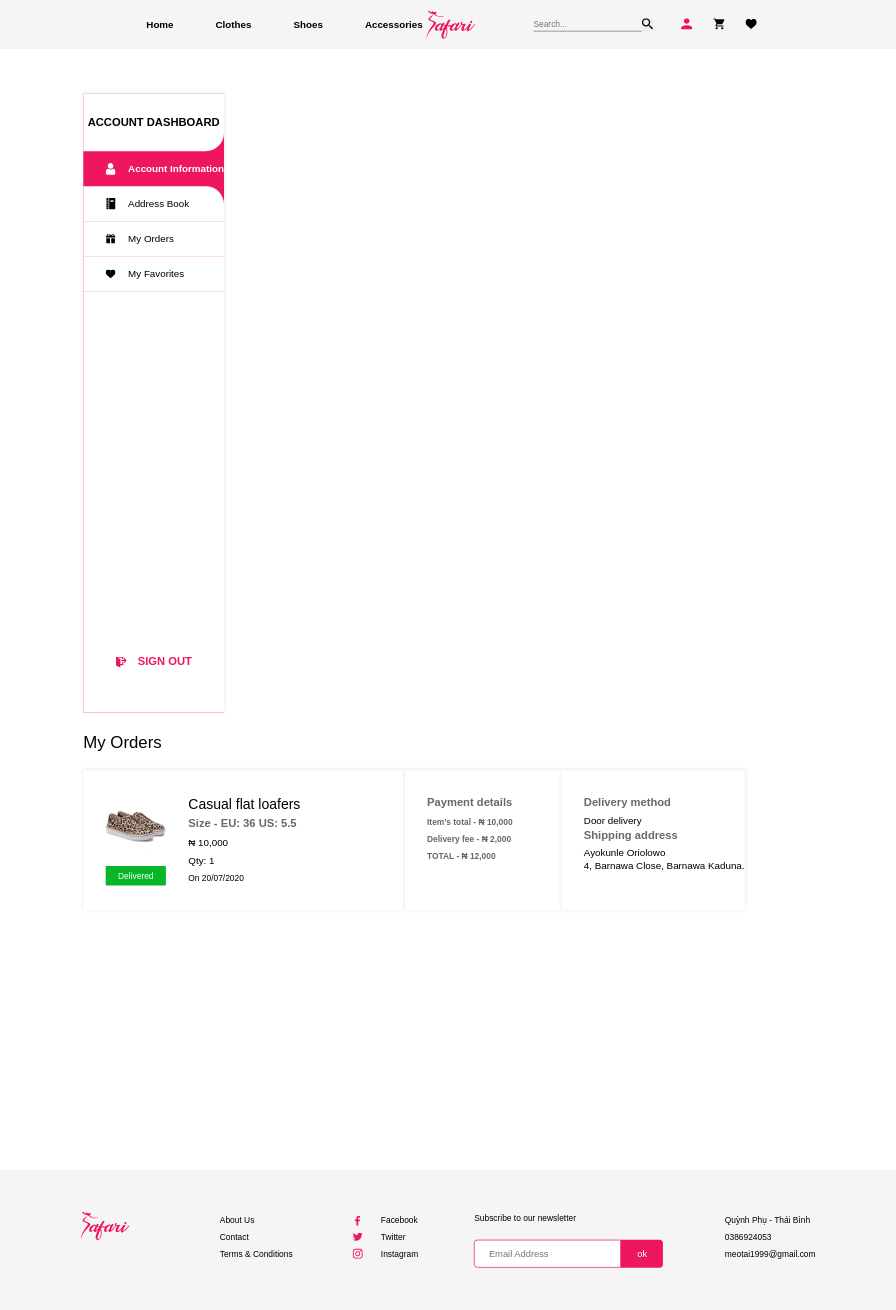
Repository: tboy1999/safari
Page: views/user.html
These files come from the project's save history. The page is drawn as it stood at one moment and after the next save; the edit follows.
The browser window is 1280 px wide. The pictures show the whole page, at 70% of full size.
Some web libraries are served in a nearby version. The style sheet was rebuilt from its Sass, Less or Tailwind sources for each picture, by a compiler version that may differ from the author's.

Above is the page before, as saved 2022-04-28 17:28:56.

### views/user.html
<!DOCTYPE html>
<html lang="en">
<head>
  <meta charset="UTF-8">
  <meta http-equiv="X-UA-Compatible" content="IE=edge">
  <meta name="viewport" content="width=device-width, initial-scale=1.0">
  <title>user</title>
  <link rel="shortcut icon" href="./image/logo/Logo.svg" type="image/x-icon">
  <link rel="preconnect" href="https://fonts.googleapis.com">
  <link rel="preconnect" href="https://fonts.gstatic.com" crossorigin>
  <link rel="stylesheet" href="https://cdnjs.cloudflare.com/ajax/libs/font-awesome/6.1.1/css/all.min.css" integrity="sha512-KfkfwYDsLkIlwQp6LFnl8zNdLGxu9YAA1QvwINks4PhcElQSvqcyVLLD9aMhXd13uQjoXtEKNosOWaZqXgel0g==" crossorigin="anonymous" referrerpolicy="no-referrer" />
  <link rel="stylesheet" href="../css/grid.css">
  <link rel="stylesheet" href="../css/user.css">
</head>
<body>
  <header id="header" class="header">
    <div class="container">
      <div class="header__container facenter">
        <ul class="header__list facenter fz14-fw600">
          <li class="header__item"><a href="../index.html" class="header__link">Home</a></li>
          <li class="header__item"><a href="./clothes.html" class="header__link">Clothes</a></li>
          <li class="header__item"><a href="./shoes.html" class="header__link">Shoes</a></li>
          <li class="header__item"><a href="./accessories.html" class="header__link">Accessories</a></li>
        </ul>
        <form class="header__search facenter">
          <input type="text" placeholder="Search..." class="fz12">
          <button type="submit"><img src="../image/header/search.svg" alt=""></button>
        </form>
        <div class="header__feature facenter">
          <a href="#" class="header__feature--active">
            <svg width="16" height="16" viewBox="0 0 16 16" fill="inherit" xmlns="http://www.w3.org/2000/svg">
            <path d="M8 0C9.06087 0 10.0783 0.421427 10.8284 1.17157C11.5786 1.92172 12 2.93913 12 4C12 5.06087 11.5786 6.07828 10.8284 6.82843C10.0783 7.57857 9.06087 8 8 8C6.93913 8 5.92172 7.57857 5.17157 6.82843C4.42143 6.07828 4 5.06087 4 4C4 2.93913 4.42143 1.92172 5.17157 1.17157C5.92172 0.421427 6.93913 0 8 0ZM8 10C12.42 10 16 11.79 16 14V16H0V14C0 11.79 3.58 10 8 10Z"/>
            </svg>
          </a>
          <a href="./cart.html">
            <svg width="16" height="16" viewBox="0 0 16 16" fill="inherit" xmlns="http://www.w3.org/2000/svg">
              <path d="M12.8 12.8C11.912 12.8 11.2 13.512 11.2 14.4C11.2 14.8243 11.3686 15.2313 11.6686 15.5314C11.9687 15.8314 12.3757 16 12.8 16C13.2243 16 13.6313 15.8314 13.9314 15.5314C14.2314 15.2313 14.4 14.8243 14.4 14.4C14.4 13.9757 14.2314 13.5687 13.9314 13.2686C13.6313 12.9686 13.2243 12.8 12.8 12.8ZM0 0V1.6H1.6L4.48 7.672L3.392 9.632C3.272 9.856 3.2 10.12 3.2 10.4C3.2 10.8243 3.36857 11.2313 3.66863 11.5314C3.96869 11.8314 4.37565 12 4.8 12H14.4V10.4H5.136C5.08296 10.4 5.03209 10.3789 4.99458 10.3414C4.95707 10.3039 4.936 10.253 4.936 10.2C4.936 10.16 4.944 10.128 4.96 10.104L5.68 8.8H11.64C12.24 8.8 12.768 8.464 13.04 7.976L15.904 2.8C15.96 2.672 16 2.536 16 2.4C16 2.18783 15.9157 1.98434 15.7657 1.83431C15.6157 1.68429 15.4122 1.6 15.2 1.6H3.368L2.616 0H0ZM4.8 12.8C3.912 12.8 3.2 13.512 3.2 14.4C3.2 14.8243 3.36857 15.2313 3.66863 15.5314C3.96869 15.8314 4.37565 16 4.8 16C5.22435 16 5.63131 15.8314 5.93137 15.5314C6.23143 15.2313 6.4 14.8243 6.4 14.4C6.4 13.9757 6.23143 13.5687 5.93137 13.2686C5.63131 12.9686 5.22435 12.8 4.8 12.8Z"/>
            </svg>
          </a>
          <a href="#">
            <svg width="16" height="15" viewBox="0 0 16 15" fill="inherit"
            xmlns="http://www.w3.org/2000/svg">
              <path d="M14.7307 1.39307C13.9025 0.494751 12.766 0 11.5304 0C10.6068 0 9.76099 0.291992 9.01636 0.867798C8.64062 1.15845 8.30017 1.51404 8 1.92908C7.69995 1.51416 7.35938 1.15845 6.98352 0.867798C6.23901 0.291992 5.39319 0 4.4696 0C3.23401 0 2.09741 0.494751 1.26917 1.39307C0.450806 2.28088 0 3.49377 0 4.80847C0 6.16162 0.504272 7.40027 1.58691 8.70667C2.55542 9.87524 3.94739 11.0615 5.55933 12.4352C6.10974 12.9043 6.73364 13.436 7.38147 14.0024C7.55261 14.1523 7.77222 14.2349 8 14.2349C8.22766 14.2349 8.44739 14.1523 8.61829 14.0027C9.26611 13.4362 9.89038 12.9042 10.441 12.4348C12.0527 11.0614 13.4447 9.87524 14.4132 8.70654C15.4958 7.40027 16 6.16162 16 4.80835C16 3.49377 15.5492 2.28088 14.7307 1.39307Z"/>
            </svg>
          </a>
        </div>
        <div class="header__logo">
          <a href="../index.html"><img src="../image/logo/Logo.svg" alt=""></a>
        </div>
      </div>
    </div>
  </header>

  <main id="user" class="user">
    <div class="container">
      <div class="user__container">
        <div class="row">
          <div class="col xxl-3">
            <div class="user__list flex-column">
              <div class="user__item fz16-fw800 user__item--prev">ACCOUNT DASHBOARD</div>
              <div class="user__item user__tag facenter gap18 fz14 user__item--active">
                <svg width="14" height="17" viewBox="0 0 14 17" fill="inherit" xmlns="http://www.w3.org/2000/svg">
                  <path d="M6.89428 8.08322C8.00476 8.08322 8.96635 7.68493 9.75204 6.89912C10.5377 6.11343 10.936 5.15209 10.936 4.04148C10.936 2.93125 10.5377 1.96979 9.75191 1.18384C8.9661 0.398284 8.00463 0 6.89428 0C5.78366 0 4.82233 0.398284 4.03664 1.18397C3.25095 1.96966 2.85254 2.93112 2.85254 4.04148C2.85254 5.15209 3.25095 6.11356 4.03677 6.89924C4.82258 7.6848 5.78405 8.08322 6.89428 8.08322Z"/>
                  <path d="M13.9661 12.9033C13.9434 12.5764 13.8976 12.2197 13.8301 11.843C13.762 11.4636 13.6743 11.1049 13.5693 10.777C13.4609 10.4381 13.3134 10.1034 13.1311 9.78274C12.9419 9.44988 12.7196 9.16003 12.4702 8.92152C12.2094 8.672 11.8902 8.47139 11.5209 8.32506C11.153 8.17949 10.7452 8.10575 10.3091 8.10575C10.1378 8.10575 9.97209 8.17603 9.65216 8.38433C9.45526 8.51274 9.22494 8.66125 8.96787 8.8255C8.74805 8.96556 8.45026 9.09679 8.08245 9.21559C7.72359 9.33171 7.35924 9.3906 6.99962 9.3906C6.63999 9.3906 6.27576 9.33171 5.91653 9.21559C5.5491 9.09692 5.25131 8.96569 5.03175 8.82563C4.77711 8.66291 4.54666 8.5144 4.34682 8.3842C4.02727 8.17591 3.86148 8.10562 3.69018 8.10562C3.25387 8.10562 2.84624 8.17949 2.47843 8.32518C2.10946 8.47126 1.79004 8.67187 1.529 8.92165C1.27973 9.16029 1.05736 9.45001 0.868391 9.78274C0.686212 10.1034 0.538727 10.438 0.430163 10.7771C0.32531 11.105 0.237614 11.4636 0.169505 11.843C0.102036 12.2192 0.0562028 12.576 0.0335425 12.9037C0.0112662 13.2248 0 13.5581 0 13.8946C0 14.7706 0.278453 15.4797 0.827551 16.0027C1.36986 16.5188 2.08744 16.7806 2.96006 16.7806H11.0399C11.9126 16.7806 12.6299 16.5189 13.1723 16.0027C13.7215 15.4801 14 14.7708 14 13.8945C13.9999 13.5564 13.9885 13.2229 13.9661 12.9033Z"/>
                  </svg>

                Account Information
              </div>
              <div class="user__item user__tag facenter gap18 fz14 user__item--next">
                <svg width="14" height="17" viewBox="0 0 14 17" fill="inherit" xmlns="http://www.w3.org/2000/svg">
                  <path d="M1.00448 5.0538H0.470852C0.210816 5.0538 0 5.26462 0 5.52465C0 5.78469 0.210816 5.99551 0.470852 5.99551H1.00448V5.0538Z"/>
                  <path d="M1.00448 12.5874H0.470852C0.210816 12.5874 0 12.7982 0 13.0583C0 13.3183 0.210816 13.5291 0.470852 13.5291H1.00448V12.5874Z"/>
                  <path d="M1.00448 10.0762H0.470852C0.210816 10.0762 0 10.287 0 10.5471C0 10.8071 0.210816 11.0179 0.470852 11.0179H1.00448V10.0762Z"/>
                  <path d="M1.00448 7.56503H0.470852C0.210816 7.56503 0 7.77585 0 8.03588C0 8.29592 0.210816 8.50674 0.470852 8.50674H1.00448V7.56503Z"/>
                  <path d="M1.00448 2.5426H0.470852C0.210816 2.5426 0 2.75342 0 3.01345C0 3.27349 0.210816 3.48431 0.470852 3.48431H1.00448V2.5426Z"/>
                  <path d="M4.01834 0H2.41744C1.63856 0 1.00488 0.633673 1.00488 1.41256V2.5426H2.48022C2.74025 2.5426 2.95107 2.75342 2.95107 3.01345C2.95107 3.27349 2.74025 3.4843 2.48022 3.4843C2.05168 3.4843 1.466 3.4843 1.00488 3.4843V5.05381H2.48022C2.74025 5.05381 2.95107 5.26463 2.95107 5.52466C2.95107 5.7847 2.74025 5.99552 2.48022 5.99552C1.71562 5.99552 2.16255 5.99552 1.00488 5.99552V7.56502H2.48022C2.74025 7.56502 2.95107 7.77584 2.95107 8.03587C2.95107 8.29591 2.74025 8.50673 2.48022 8.50673C2.05168 8.50673 1.466 8.50673 1.00488 8.50673V10.0762H2.48022C2.74025 10.0762 2.95107 10.287 2.95107 10.5471C2.95107 10.8071 2.74025 11.0179 2.48022 11.0179C1.71562 11.0179 2.16255 11.0179 1.00488 11.0179V12.5874H2.48022C2.74025 12.5874 2.95107 12.7983 2.95107 13.0583C2.95107 13.3183 2.74025 13.5291 2.48022 13.5291C2.05168 13.5291 1.466 13.5291 1.00488 13.5291V14.6592C1.00488 15.4381 1.63856 16.0717 2.41744 16.0717H4.01834V0Z"/>
                  <path d="M7.94141 3.48431H10.0759V4.55158H7.94141V3.48431Z"/>
                  <path d="M12.5878 0H4.95996V16.0717H12.5878C13.3666 16.0717 14.0003 15.4381 14.0003 14.6592V1.41256C14.0003 0.633673 13.3666 0 12.5878 0ZM11.0183 5.02242C11.0183 5.28246 10.8074 5.49327 10.5474 5.49327H7.47117C7.21114 5.49327 7.00032 5.28246 7.00032 5.02242V3.01345C7.00032 2.75342 7.21114 2.5426 7.47117 2.5426H10.5474C10.8074 2.5426 11.0183 2.75342 11.0183 3.01345V5.02242Z"/>
                  </svg>

                Address Book
              </div>
              <div class="user__item user__tag facenter gap18 fz14">
                <svg width="14" height="14" viewBox="0 0 14 14" fill="inherit" xmlns="http://www.w3.org/2000/svg">
                  <path d="M13.0869 2.71463H12.0679C12.2023 2.5019 12.291 2.2631 12.3163 2.01056C12.3971 1.20345 11.972 0.479938 11.2484 0.159169C10.5832 -0.135678 9.83572 -0.0151468 9.29746 0.473048L8.01066 1.63926C7.76006 1.36516 7.39981 1.1929 6.99999 1.1929C6.59946 1.1929 6.23863 1.36571 5.98797 1.64065L4.69953 0.472911C4.1604 -0.0152835 3.4132 -0.13535 2.74834 0.159333C2.02488 0.48013 1.59974 1.20389 1.68079 2.01097C1.70614 2.26332 1.79479 2.502 1.92918 2.71463H0.913033C0.408761 2.71463 0 3.12342 0 3.62766V4.99723C0 5.24934 0.204394 5.45376 0.45653 5.45376H13.5435C13.7956 5.45376 14 5.24936 14 4.99723V3.62766C14 3.12342 13.5912 2.71463 13.0869 2.71463ZM5.63042 2.56246V2.71463H3.48277C2.91533 2.71463 2.46875 2.18564 2.61048 1.59485C2.6729 1.33467 2.8607 1.11289 3.10359 1.00062C3.43713 0.846453 3.8066 0.895945 4.08673 1.1495L5.63081 2.54901C5.63072 2.55352 5.63042 2.55795 5.63042 2.56246ZM11.4104 1.88934C11.3763 2.36384 10.9477 2.71468 10.472 2.71468H8.36955V2.56252C8.36955 2.55713 8.36922 2.5518 8.36917 2.54641C8.71895 2.22933 9.47776 1.54158 9.88931 1.16853C10.1232 0.956539 10.4505 0.857582 10.753 0.947816C11.1872 1.07732 11.4421 1.44651 11.4104 1.88934Z"/>
                  <path d="M0.913086 6.36679V13.0624C0.913086 13.5667 1.32185 13.9755 1.82612 13.9755H6.08698V6.36679H0.913086Z"/>
                  <path d="M7.91309 6.36679V13.9755H12.1739C12.6782 13.9755 13.087 13.5667 13.087 13.0624V6.36679H7.91309Z"/>
                  </svg>

                My Orders
              </div>
              <div class="user__item user__tag facenter gap18 fz14">
                <svg width="14" height="13" viewBox="0 0 14 13" fill="inherit" xmlns="http://www.w3.org/2000/svg">
                  <path d="M12.8894 1.21893C12.1647 0.432907 11.1702 0 10.0891 0C9.28096 0 8.54086 0.255493 7.88931 0.759323C7.56055 1.01364 7.26265 1.32478 7 1.68794C6.73746 1.32489 6.43945 1.01364 6.11058 0.759323C5.45914 0.255493 4.71904 0 3.9109 0C2.82976 0 1.83524 0.432907 1.11052 1.21893C0.394455 1.99577 0 3.05705 0 4.20741C0 5.39142 0.441238 6.47523 1.38855 7.61833C2.23599 8.64084 3.45396 9.67883 4.86441 10.8808C5.34602 11.2913 5.89194 11.7565 6.45879 12.2521C6.60854 12.3833 6.80069 12.4555 7 12.4555C7.1992 12.4555 7.39146 12.3833 7.541 12.2523C8.10785 11.7566 8.65408 11.2912 9.13591 10.8805C10.5461 9.67873 11.7641 8.64084 12.6116 7.61823C13.5589 6.47523 14 5.39142 14 4.20731C14 3.05705 13.6055 1.99577 12.8894 1.21893Z"/>
                  </svg>
                My Favorites
              </div>
              <div class="user__item fz16"><img src="../image/user/checkout.svg" alt="">SIGN OUT</div>
            </div>
          </div>
          <div class="col xxl-9">
            <div class="user__pain">
              <form action="">
                <h3 class="fz24">User Information</h3>
                <div class="form__account-infomation flex-column">
                  <label for="first-name">First name</label>
                  <input type="text" id="first-name">
                  <label for="last-name">Last name</label>
                  <input type="text" id="last-name">
                  <label for="email">Email</label>
                  <input type="text" id="email">
                  <label for="create-password">Gender</label>
                  <input type="text" id="create-password">
                  <label for="confirm-password">Date of birth</label>
                  <input type="text" id="confirm-password">
                  <a href="#" class="fz16">Change password</a>
                  <label class="facenter gap8">
                    <input type="checkbox" checked="checked">
                    Newsletter subsciption
                  </label>
                </div>
                <button type="submit" class="fz18 user__btn">save changes</button>
              </form>
            </div>
            <div class="user__pain">
              <h3 class="fz24">Address Book</h3>
              <div class="user__address-book">
                <div class="user__address-info">
                  <h4 class="fz20">Default Shipping Address</h4>
                  <ul class="flex-column gap4">
                    <li class="fz14">Ayokunle Oriolowo</li>
                    <li class="fz14">No 4 Barnawa Close, Barnawa, Kaduna</li>
                    <li class="fz14">Kaduna, Kaduna</li>
                    <li class="fz14">Nigeria</li>
                    <li class="fz14">+234 708 568 5878</li>
                  </ul>
                </div>
                <div class="user__address-link facenter gap64">
                  <a href="" class="fz14">Edit</a><a href="" class="fz14">Delete</a>
                </div>
              </div>
              <button class="fz18 user__btn">ADD NEW ADDRESS</button>
            </div>
            <div class="user__pain pain--active">
              <h3 class="fz24">My Orders</h3>
              <div class="my-orders">
                <div class="my-orders__info d-flex">
                  <div class="my-orders__product facenter gap32">
                    <div class="my-orders__left flex-column gap16">
                      <img src="../image/cart/cart1.jpg" alt="">
                      <span class="fz12">Delivered</span>
                    </div>
                    <div class="my-orders__right flex-column gap8">
                      <h4 class="fz20">Casual flat loafers</h4>
                      <p class="fz16">Size - EU: 36 US: 5.5</p>
                      <span class="fz14">₦ 10,000</span>
                      <p class="fz14">Qty: 1</p>
                      <p class="fz12">On 20/07/2020</p>
                    </div>
                  </div>
                  <div class="my-orders__price">
                    <h5 class="fz16">Payment details</h5>
                    <p class="fz12-fw600">Item’s total - ₦ 10,000 </p>
                    <p class="fz12-fw600">Delivery fee - ₦ 2,000  </p>
                    <p class="fz12-fw600">TOTAL - ₦ 12,000  </p>
                  </div>
                  <div class="my-orders__delivery">
                    <div class="my-orders__top">
                      <h5 class="fz16">Delivery method</h5>
                      <p class="fz14">Door delivery</p>
                    </div>
                    <div class="my-orders__body">
                      <h5 class="fz16">Shipping address</h5>
                      <p class="fz14">Ayokunle Oriolowo <br />
                        4, Barnawa Close, Barnawa Kaduna. </p>
                    </div>
                  </div>
                </div>
              </div>
            </div>
          </div>
        </div>
      </div>
    </div>
  </main>

  <footer class="footer">
    <div class="container">
      <div class="footer__container d-flex fz12">
        <div class="footer__logo">
          <a href="../index.html"><img src="../image/logo/Logo.svg" alt=""></a>
        </div>
        <div class="footer__body d-flex gap80">
          <ul class="footer__pages">
            <li class="footer__item fz12"><a href="#">About Us</a></li>
            <li class="footer__item fz12"><a href="#">Contact</a></li>
            <li class="footer__item fz12"><a href="#">Terms & Conditions</a></li>
          </ul>
          <ul class="footer__networks">
            <li class="footer__item facenter gap20">
              <div class="footer__icon flex-center">
                <a href="#" class="facenter"><img src="../image/footer/fb.svg" alt=""></a>
              </div>
              <p><a href="#">Facebook</a></p>
            </li>
            <li class="footer__item facenter gap20">
              <div class="footer__icon flex-center">
                <a href="#" class="facenter"><img src="../image/footer/twitter.svg" alt=""></a>
              </div>
              <p><a href="#">Twitter</a></p>
            </li>
            <li class="footer__item facenter gap20">
              <div class="footer__icon flex-center">
                <a href="#" class="facenter"><img src="../image/footer/instagram.svg" alt=""></a>
              </div>
              <p><a href="#">Instagram</a></p>
            </li>
          </ul>
          <div class="footer__input">
            <p>Subscribe to our newsletter</p>
            <form action="" class="facenter footer__form">
              <input type="text" placeholder="Email Address">
              <button type="submit">ok</button>
            </form>
          </div>
        </div>
        <div class="footer__info">
          <p>Quỳnh Phụ - Thái Bình</p>
          <p>0386924053</p>
          <p>meotai1999@gmail.com</p>
        </div>
      </div>
    </div>
  </footer>

  <script src="../js/user.js"></script>
</body>
</html>

### scss/_reset.scss
* {
  padding: 0;
  margin: 0;
  box-sizing: border-box;
}

html:focus-within {
  scroll-behavior: smooth;
}

a,
button {
  display: block;
  outline: none;
  border: none;
  text-decoration: none;
  color: inherit;
  cursor: pointer;
}

input {
  outline: none;
}

ul {
  list-style-type: none;
}

// img {
//   width: 100%;
//   height: 100%;
//   object-fit: cover;
// }

### scss/_variable.scss
$text-color: #686868;
$primary-color: #ED165F;

$header-background-color: #F5F5F5;
$footer-background-color: #F5F5F5;

### scss/_global.scss
html {
  font-size: 10px;
  line-height: 1;
  scroll-behavior: smooth !important;
}

body {
  font-family: 'Mulish', sans-serif;
}

body .auto-top {
  display: none;
  position: fixed;
  right: 50px;
  top: 50%;
  width: 60px;
  height: 50px;
  border: 1px solid #000000;
  border-radius: 5px;
  animation: autoTop 2s ease-in-out;
  animation-iteration-count: infinite;
}
@keyframes autoTop {
  from {
    transform: translateY(0)
  }
  to {
    transform: translateY(-20px)
  }
}

.facenter {
  display: flex;
  align-items: center;
}

.facb {
  display:flex;
  justify-content: space-between;
  align-items: center;
}

.flex-center {
  display: flex;
  justify-content: center;
  align-items: center;
}

.d-flex {
  display: flex;
  flex-wrap: wrap;
}

.flex-column {
  display: flex;
  flex-direction: column;
}

.gap64 {
  gap: 64px
}

.gap80 {
  gap: 0 80px
}

.gap32 {
  gap: 32px
}

.gap20 {
  gap: 0 20px
}

.gap18 {
  gap: 18px;
}

.gap16 {
  gap: 16px
}
.gap8 {
  gap: 8px
}

.gap4 {
  gap:4px
}

### scss/_header.scss
.header {
  position: fixed;
  top: 0;
  left: 0;
  right: 0;
  z-index: 99999;
  background-color: $header-background-color;
  &__container {
    height: 70px;
    padding: 0 144px;
  }
  &__list {
    gap: 0 40px;
    flex: 1
  }
  &__search {
    input {
      border:none;
      border-bottom: 1px solid rgba(0, 0, 0, 0.5);
      color: rgba(0, 0, 0, 0.5);
      background-color: inherit;
    }
  }
  &__link {
    padding: 6px 10px;
    transition: all 0.2s linear;
    position: relative;
    &::after {
      content: "";
      position: absolute;
      width: 0;
      left: auto;
      right: 0;
      bottom: 0;
      height: 1px;
      transition: all 0.2s linear;
      background-color: red;
    }
    &:hover {
      color: $primary-color;
      &::after {
        width: 100%;
        right: auto;
        left: 0
      }
    }
    &.header__item--active {
      color: $primary-color;
      font-weight: 800;
      &::after {
        width: 100%;
      }
    }
  }
  &__feature {
    gap: 0 30px;
    margin-left: 40px;
    .header__feature--active {
      fill: $primary-color;
    }
  }
  &__logo {
    position: absolute;
    left: 47.57%;
    right: 47.57%;
    top: 21.43%;
    bottom: 20.93%;
  }
}

### scss/_footer.scss
.footer {
  background-color: $footer-background-color;
  &__container {
    padding: 60px;
  }
  &__pages {
    margin-left: 129px;
    a {
      padding: 3px 0;
    }
  }
  &__networks {
    a {
      padding: 3px 0
    }
  }
  &__icon {
    width: 26px
  }
  &__body {
    flex: 1
  }
  &__form {
    margin-top: 22px;
    width: 270px;
    height: 40px;
    border-radius: 5px;
    input {
      border: 1px solid $primary-color;
      padding: 0 0 0 20px;
      height: inherit;
      flex: 1;
      border-top-left-radius: 5px;
      border-bottom-left-radius: 5px;
    }
    button {
      width: 60px;
      height: inherit;
      background-color: $primary-color;
      color: #fff;
      border-top-right-radius: 5px;
      border-bottom-right-radius: 5px;
    }
  }
  &__info {
    p {
      padding: 3px 0
    }
  }
}

Loaded but not shown: js/user.js (15 lines, source omitted); css/grid.css (721 lines, source omitted); scss/user.scss (155 lines, source omitted); scss/_alike.scss (90 lines, source omitted)

After the next save:
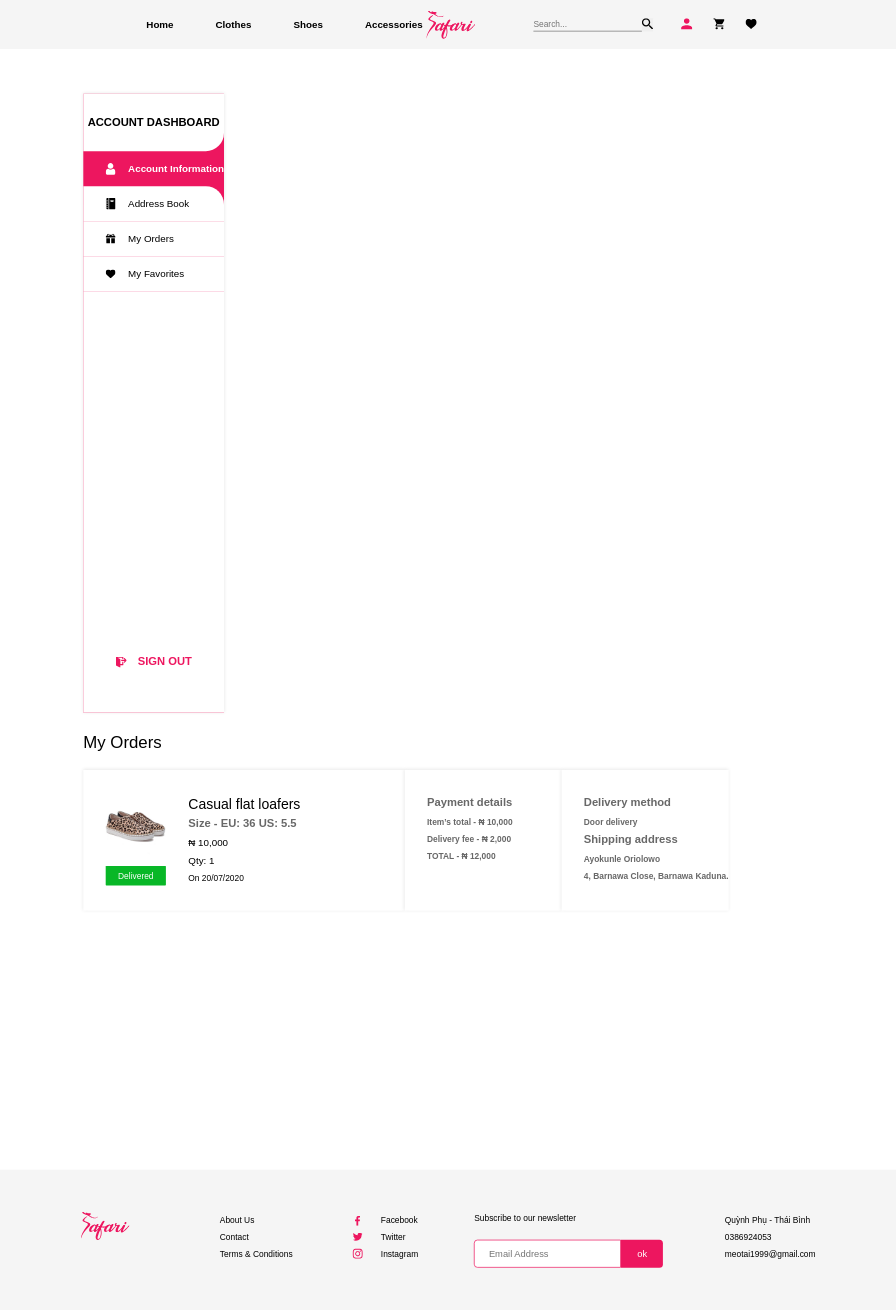
Saved 54 s later.
--- a/views/user.html
+++ b/views/user.html
@@ -167,11 +167,11 @@
                   <div class="my-orders__delivery">
                     <div class="my-orders__top">
                       <h5 class="fz16">Delivery method</h5>
-                      <p class="fz14">Door delivery</p>
+                      <p class="fz12-fw600">Door delivery</p>
                     </div>
                     <div class="my-orders__body">
                       <h5 class="fz16">Shipping address</h5>
-                      <p class="fz14">Ayokunle Oriolowo <br />
+                      <p class="fz12-fw600">Ayokunle Oriolowo <br />
                         4, Barnawa Close, Barnawa Kaduna. </p>
                     </div>
                   </div>
